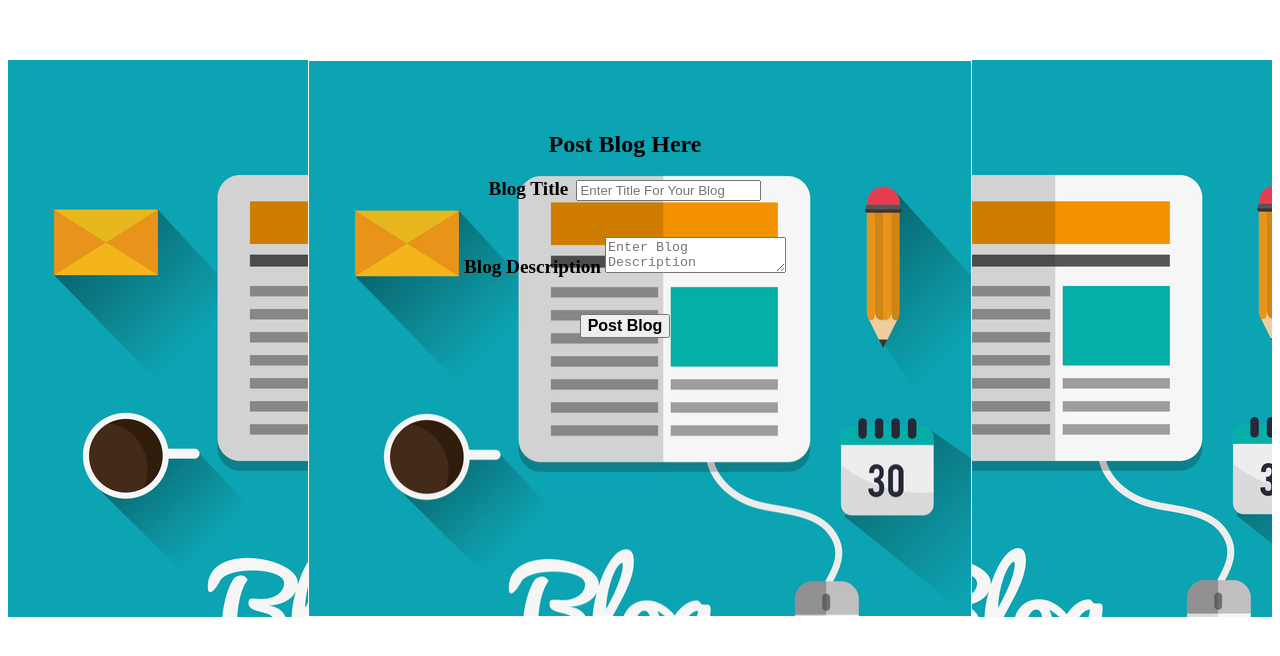
Repository: NeeleshPoojari/Project-2
Page: frontend_project2/WebContent/views/blogpostform.html
The author's editor kept a copy of each file at every save. The page is drawn from the files as they stood at one save, then again after the next save.
The browser window is 1280 px wide. The pictures show the whole page.

Above is the page before, as saved 2017-07-18 05:29:37.

After the next save:
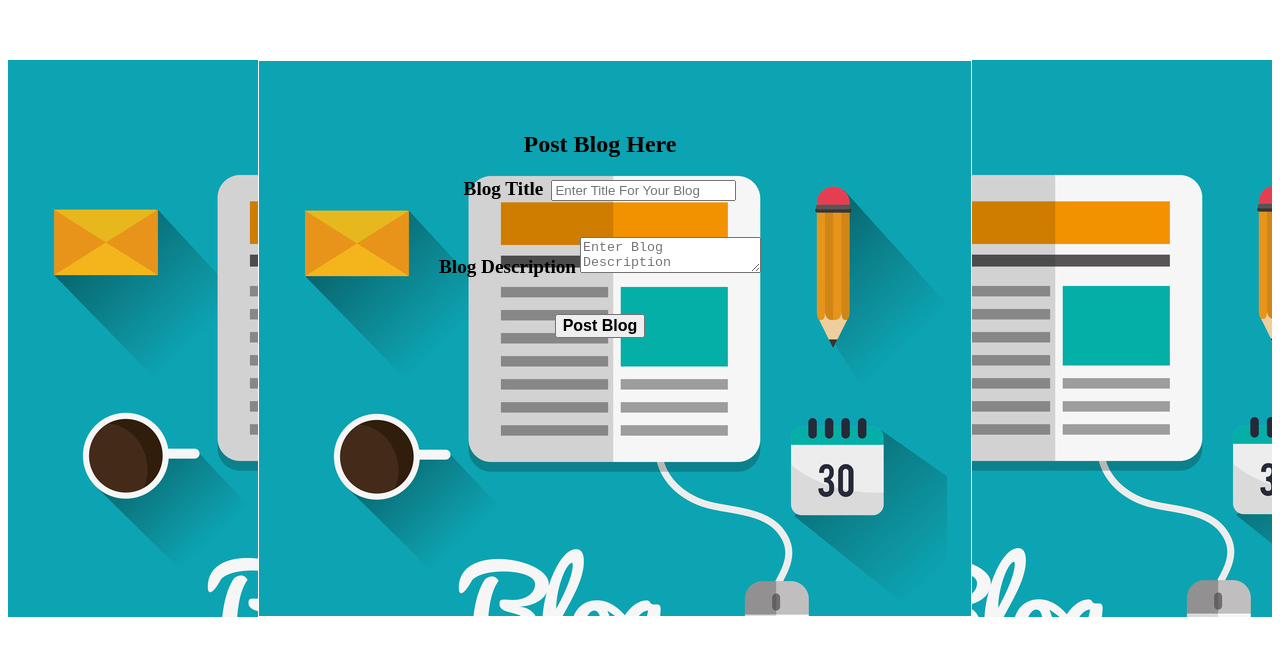
Saved 2 min 28 s later.
--- a/frontend_project2/WebContent/css/registrationform.css
+++ b/frontend_project2/WebContent/css/registrationform.css
@@ -5,6 +5,6 @@
 	padding-right: 50px;
 	padding-bottom: 100px;
 	padding-left: 20px;
-	margin-left: 300px;
+	margin-left: 250px;
 	margin-right: 300px;
 }
